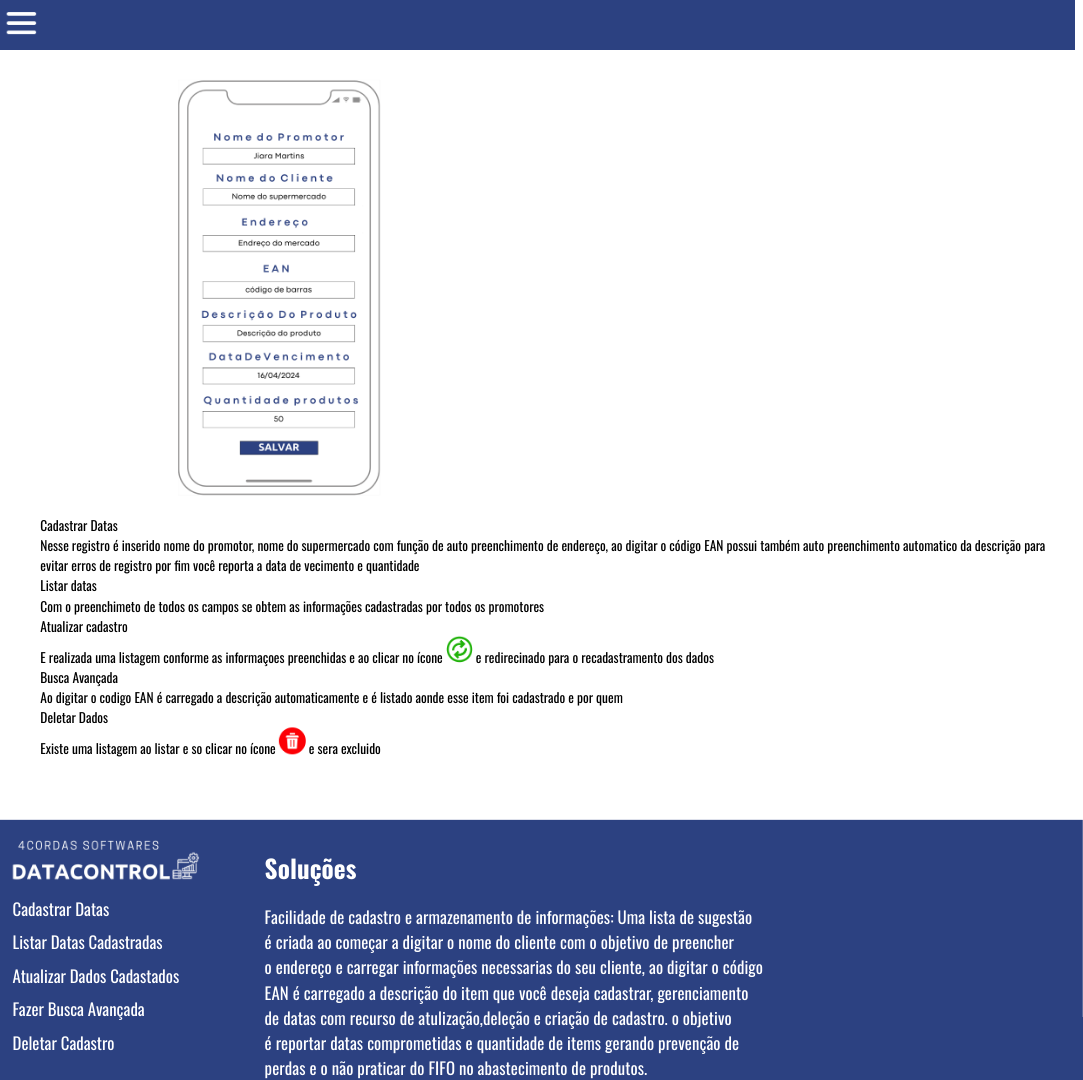
Repository: alfredo-allan/ControleDeDatasFrontEnd
Page: index.html
The author's editor kept a copy of each file at every save. The page is drawn from the files as they stood at one save, then again after the next save.
The browser window is 1280 px wide. The page is 1289 px wide, so the pictures cover 1289 px, including what lies to the right of the window. The pictures show the whole page, at 84% of full size.

Above is the page before, as saved 2024-04-30 14:28:30.
Console error: TypeError: Cannot read properties of null (reading 'addEventListener')

After the next save:
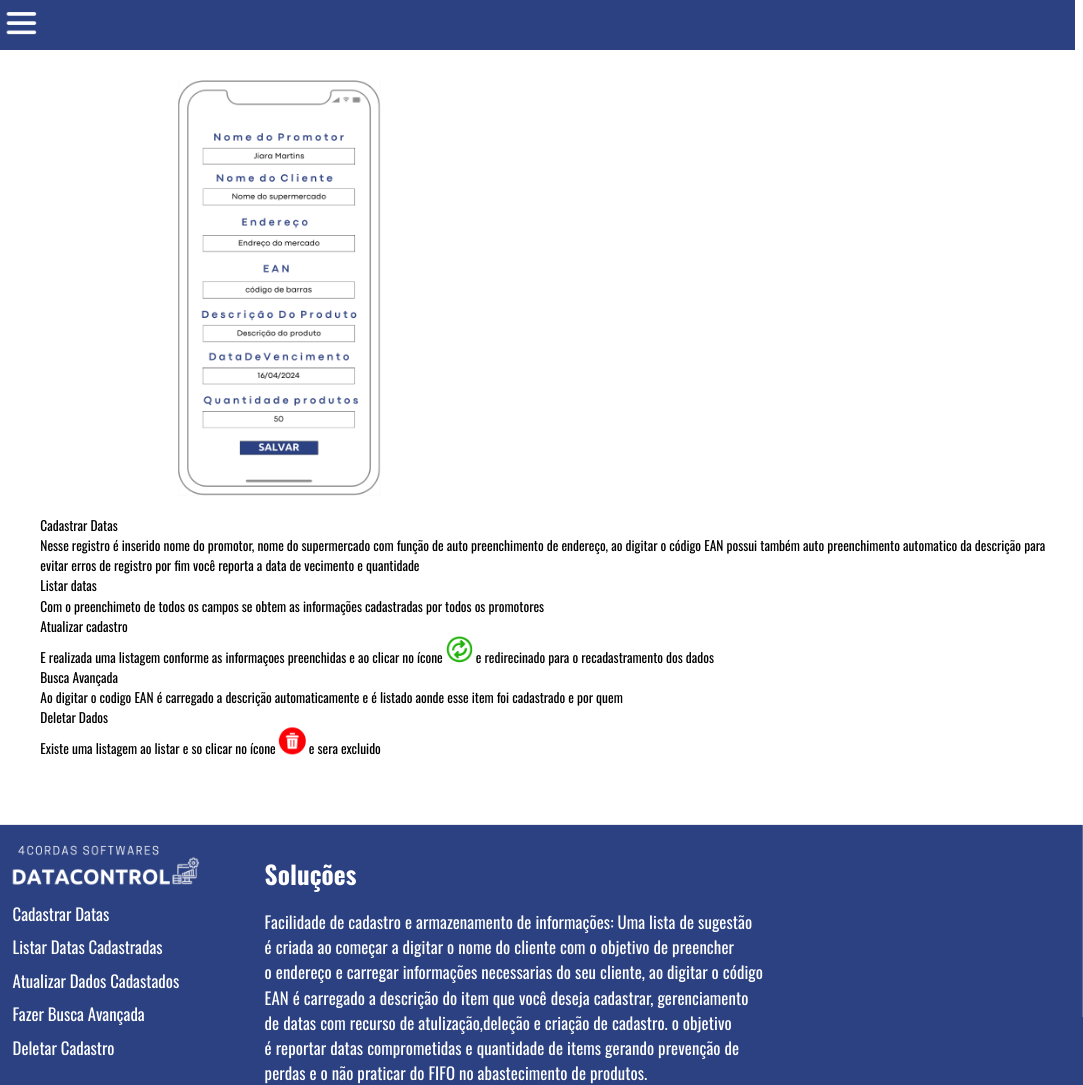
Saved 17 s later.
--- a/style/style.css
+++ b/style/style.css
@@ -448,7 +448,5 @@ button:focus {
   li {
     list-style: none;
   }
-  ul {
-    margin-bottom: 10px;
-  }
-}
+
+}
